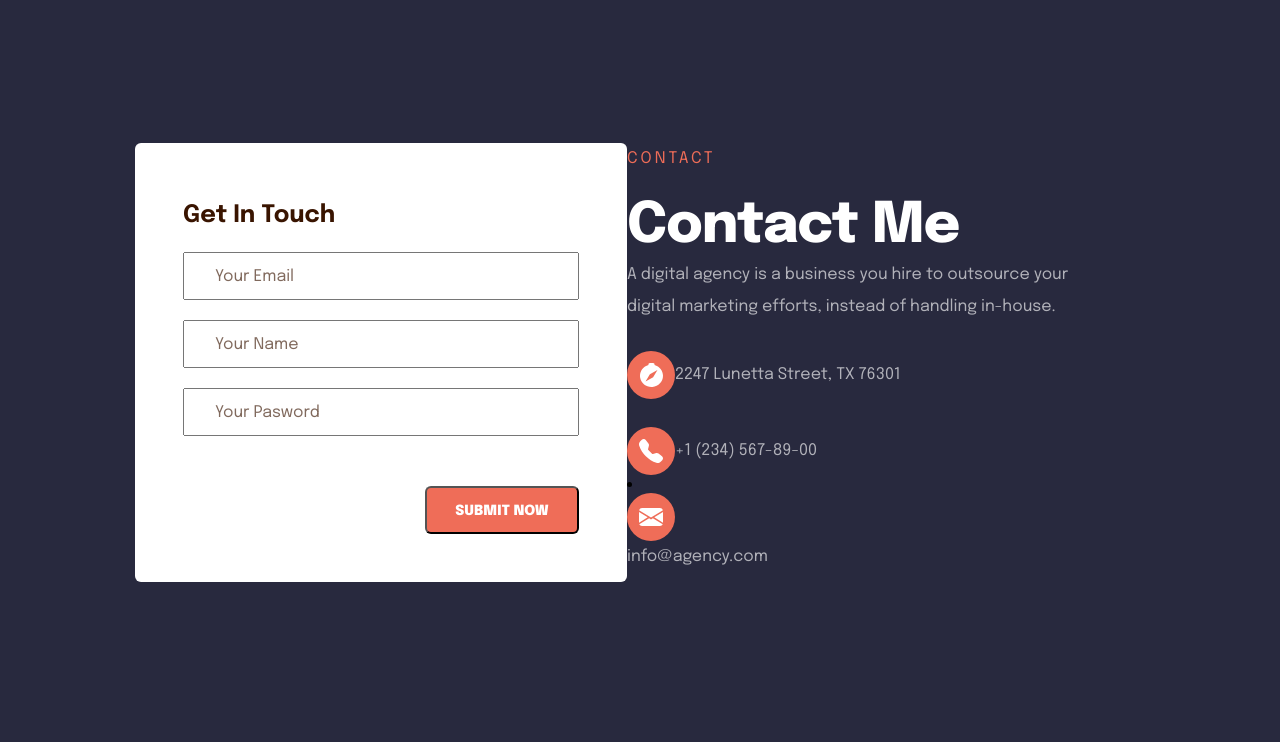
Repository: MehdiKerimov/Figma-Task-14
Page: index.html
The author's editor kept a copy of each file at every save. The page is drawn from the files as they stood at one save, then again after the next save.
The browser window is 1280 px wide. The pictures show the whole page.

Above is the page before, as saved 2023-10-07 15:36:17.

After the next save:
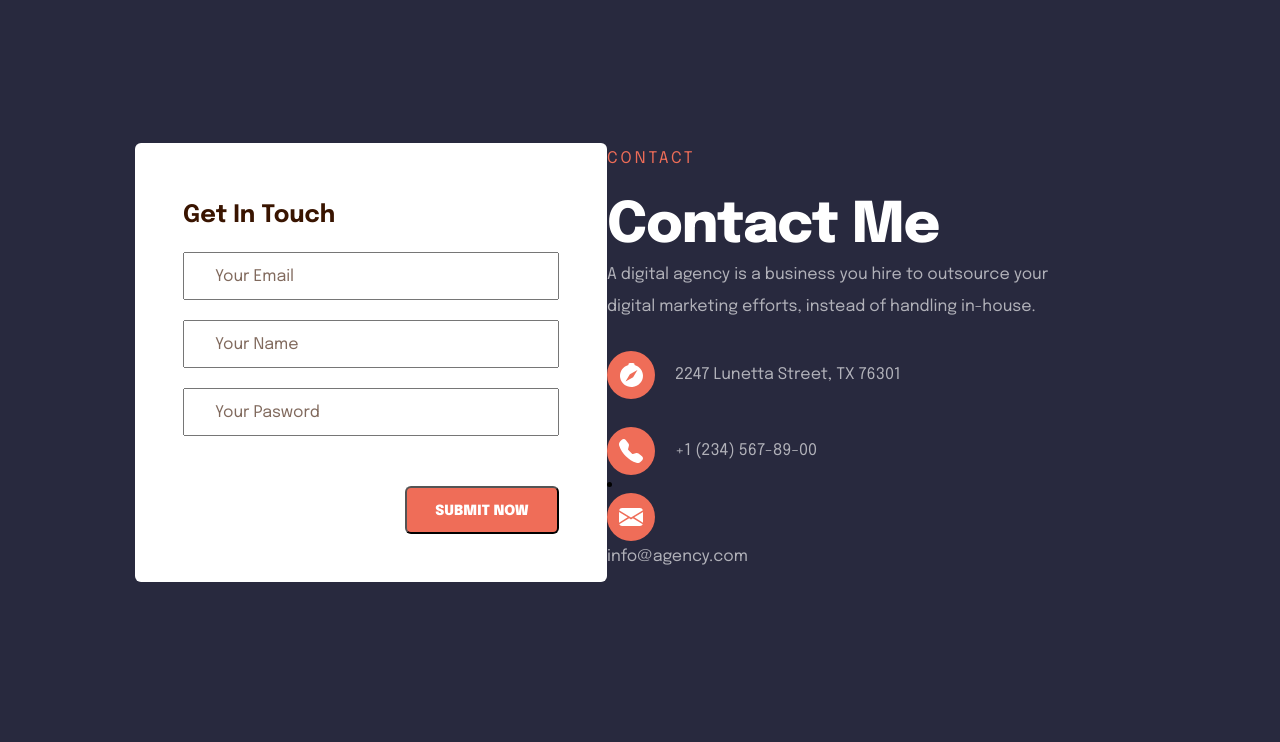
Saved 6 s later.
--- a/index.css
+++ b/index.css
@@ -132,3 +132,6 @@ ul li{
   align-items: center;
 
 }
+ul li p{
+  margin-left: 20px;
+}
